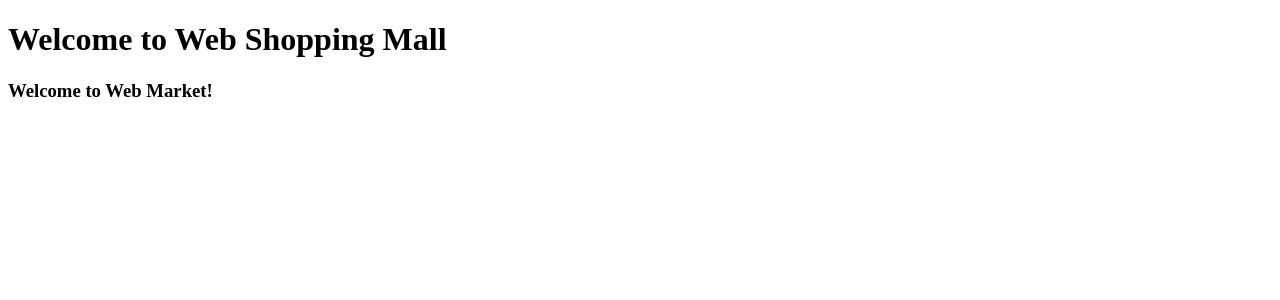
Repository: MegiLove/jspStudy
Page: http://localhost/day1210/welcome.jsp
These files come from the project's save history. The page is drawn as it stood at one moment and after the next save; the edit follows.
The browser window is 1280 px wide. The pictures show the whole page.
The page is served by Tomcat 9. Other server files are loaded and not shown.

Above is the page before, as saved 2021-12-10 07:28:45.

### day1210/src/main/webapp/welcome.jsp
<%@ page language="java" contentType="text/html; charset=EUC-KR"
    pageEncoding="EUC-KR"%>
<!DOCTYPE html>
<html>
<head>
<meta charset="EUC-KR">
<title>Insert title here</title>
</head>
<body>
<%!
	String greeting="Welcome to Web Shopping Mall";
	String tagline="Welcome to Web Market!";
%>

<h1><%=greeting %></h1>
<h3><%=tagline %></h3>
</body>
</html>

After the next save:
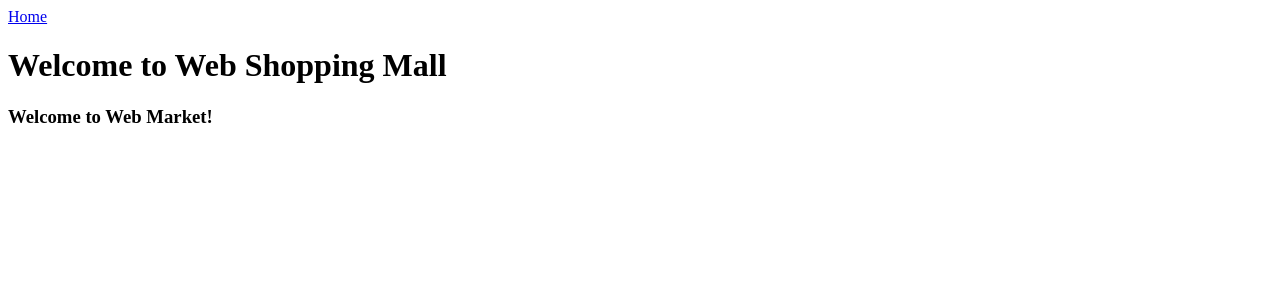
Saved 2 min 7 s later.
--- a/day1210/src/main/webapp/welcome.jsp
+++ b/day1210/src/main/webapp/welcome.jsp
@@ -7,6 +7,13 @@
 <title>Insert title here</title>
 </head>
 <body>
+<nav class="">
+	<div class="container">
+		<div>
+			<a href="./welcome.jsp">Home</a>
+		</div>
+	</div>
+</nav>
 <%!
 	String greeting="Welcome to Web Shopping Mall";
 	String tagline="Welcome to Web Market!";
